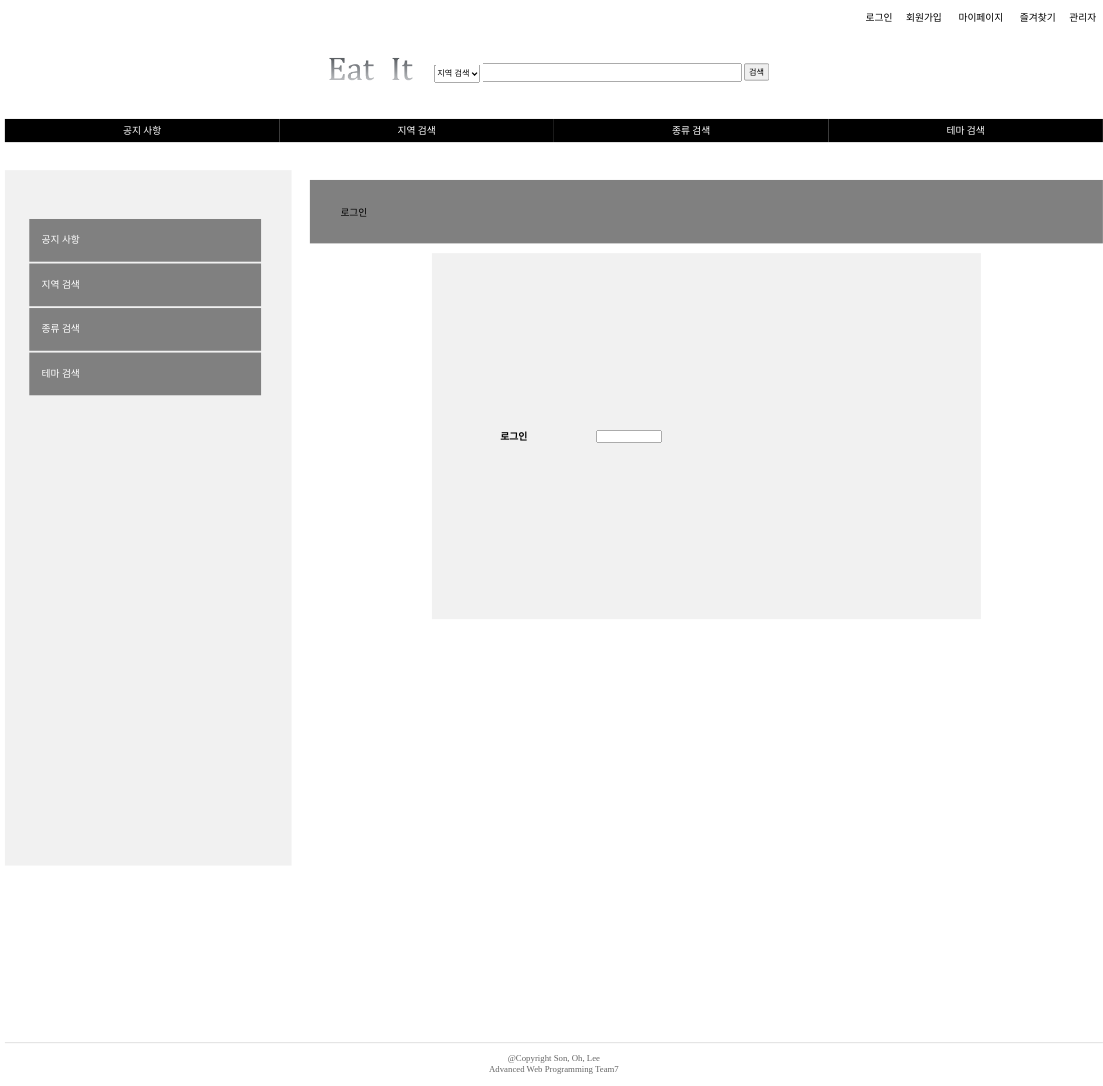
Repository: sonminho/aos
Page: http://localhost/EatIt/login.jsp
These files come from the project's save history. The page is drawn as it stood at one moment and after the next save; the edit follows.
The browser window is 1280 px wide. The page is 1808 px wide, so the pictures cover 1808 px, including what lies to the right of the window. The pictures show the whole page, at 61% of full size.
Some web libraries are served in a nearby version. The page is served by Tomcat 9. Other server files are loaded and not shown.

Above is the page before, as saved 2017-12-11 11:20:26.
Console error: TypeError: Cannot read properties of undefined (reading 'style')

### EatIt/EatIt/WebContent/login.jsp
<%@ page language="java" contentType="text/html; charset=EUC-KR"
    pageEncoding="EUC-KR"%>
<%@ page import="dao.PlaceDAO, dto.PlaceVO, java.util.*" %>
<!DOCTYPE html>
<html>
<head>
<meta charset="UTF-8">
<title>Eat it 맛과 즐거움</title>
<style>
	html, body{
		height:100%;
	}

	body > .main_div{
		height:auto;
		min-height:100%;
	}

	.main_div{
		width:1800px;
		height:100%;
		margin:0px auto;
	}

   .top_nav {
      width:400px;
      height:40px;
      float:right;
      text-align:center;
   }

   .main_search {
   	  clear:both;
   	  width:800px;
      margin:0px auto;
      margin-top:50px;
   }

   .main_search input{
      vertical-align:30px;
      height:24px;
   }

   .main_search select{
      vertical-align:28px;
      height:30px;
   }

   .search_img {
      width:200px;
   }

   #main_category{
      width:1800px;
      margin:0px auto;
      text-align:center;
   }

   #container {
      width:100%;
      min-height:1400px;
      margin-top:30px;
      padding-bottom:30px;
   }

   #side_bar{
   	  display:block;
   	  width:390px;
   	  padding:40px;
   	  padding-top:80px;
   	  height:1020px;
   	  font-family:"Open Sans", sans-serif
   	  font-size: 1em;
   	  background: #f1f1f1;
   	  margin:0px auto;
   	  float:left;
   }

   #side_bar nav {
   	  font-size:0.875;
   }

   #side_bar nav ul {
   	  margin:0;
   	  padding:0;
   	  width:380px;
   	  list-style:none;
   	  text-indent:10px;
   }

   .menu {
   	  margin-bottom:3px;
   }

   .menu .main{
   	  display:block;
   	  height:70px;
   	  line-height:70px;
   	  text-indent:20px;
   	  text-decoration:none;
   	  background:gray;
   	  color:#fff;
   	  cursor: pointer;
   }

   .menu .main.on {
      background:red;
   }

   .menu .sub {
   	  display:none;
   }

   .menu .sub li {
   	  height:80px;
   	  line-height:80px;
   	  background:#fff;
   	  border-top:1px solid #eaeaea;
   }

   .menu .sub li:first-child{
   	  border-top:none;
   }

   .menu .sub li a {
   	  display:block;
   	  width:100%;
   	  height:100%;
   	  text-decoration: none;
   	  text-indent:20px;
   	  color:#555;
   }

   .menu .sub li a:hover{
   	  background:#eaeaea;
   	  color:#333;
   }

   #content{
   	  display:block;
   	  width:1300px;
   	  float:right;
   }

   #content:after{
      clear:both;
   }

   .footer{
   	   width:1800px;
	   margin:0px auto;
	   height:70px;
	   padding:0;
	   text-align:center;
	   border-top:1px solid #cccccc;
	   font-size:0.9em;
	   color:#666;
	   *zom:1;
   }

   li{list-style:none;}

   a{color:#000; text-decoration:none;}

   #main_bar{
   		width:100%;
   		margin:0px auto;
   		padding-top:20px;
   }

   #main_bar:before, #main_after{
   		content:"";
   		display:block;
   }
   #main_bar:after{
   		clear:both;
   }

   #main_bar nav {
   		font-size: 1rem;
   }

   #main_bar nav > ul {
   		margin: 0;
   		padding: 0;
   		list-style: none;
   }

   #main_bar nav li {
   		position:relative;
   		float:left;
   		width:450px;
   		height:38px;
   }

   #main_bar ul{
   		margin: 0;
		padding: 0;
   }

   #main_bar nav li a {
   		display: block;
   		width:100%;
   		line-height:38px;
   		text-align:center;
   		text-decoration:none;
   		background:black;
   		color:#fff;
   }

   #main_bar nav li a:hover, nav li a.on{
   		background: gray;
   }

   #main_bar nav ul ul {
   		display: none;
   		position: absolute;
   		top:38px;
   }

   #main_bar nav ul ul li a {
		background: #fff;
		color: #555;
		border-top: 1px solid #eaeaea;
	}

	#main_bar nav ul ul li:first-child a {
		border-top: none;
	}

	#main_bar nav ul ul li a:hover, .nav ul ul li a.on {
		background: #eaeaea;
		color: #333;
	}

	#content ul{
		padding:40px 50px;
		background: gray;
	}

	#content table{
		width:900px;
		height:600px;
		margin:0px auto;
		background:#f1f1f1;
	}
	#detail{
		background:#f1f1f1;
	}
</style>
<script src="http://code.jquery.com/jquery-3.1.1.js"></script>
<script>
$(function() {
	var gnbA = $('#main_category>li>a');
	var ul = $('#main_category>li>ul');
	gnbA.on("mouseenter focus", function(){
		if(gnbA.target){
			$(gnbA.target).next().hide();
			$(this).next().show();
		} else {
			$(this).next().show();
		}

		gnbA.target = this;
	});
	gnbA.mouseleave(function() {
		$(this).next().hide();
	});
	ul.hover(function(){
		$(this).show();
	}, function(){
		$(this).hide();
	});
});
</script>
<script>
	var index = 0;

	window.onload = function() {
		slideShow();
	}

	function slideShow() {
		var i;
		var x = document.getElementsByClassName("img_ad");

		for(i = 0; i<x.length; i++) {
			x[i].style.display = "none";
		}

		index++;

		if(index > x.length) {
			index = 1;
		}

		x[index-1].style.display = "block";

		setTimeout(slideShow, 2000);
	}
</script>
<script>
	$(function(){
		$(".sub").hide();

		$(".main").on("click", function(){
			if($(this).hasClass("on") == false) {
				$(".main").removeClass("on");
				$(this).addClass("on");
				$(".sub").slideUp("fast");
				$(this).next().slideDown("fast");
			} else {
				$(this).removeClass("on");
				$(this).next().slideUp("fast");
			}
		});
	});
</script>

</head>
<body>
<div class="main_div">
<table class="top_nav">
   <tr>
      <td><a href="#">로그인</a></td>
      <td>회원가입</td>
      <td>마이페이지</td>
      <td>즐겨찾기</td>
      <td>관리자</td>
   </tr>
</table><br>
<form class="main_search">
   <a href="index.jsp"><img class="search_img" src="img/eat_it.jpg"></a>
   <select>
   		<option>지역 검색</option>
   		<option>종류 검색</option>
   		<option>테마 검색</option>
   </select>
   <input type="text" size="50">
   <input type="submit" value="검색" style="height:28px;">
</form>
<br>
<div id="main_bar">
	<nav>
	<ul id="main_category">
		<li class="m1"><a href="#">공지 사항</a>
		</li>
		<li class="m2"><a href="#">지역 검색</a>
			<ul>
				<li><a href="#">노원구</a></li>
				<li><a href="#">광진구</a></li>
				<li><a href="#">강북구</a></li>
				<li><a href="#">영등포구</a></li>
				<li><a href="#">강서구</a></li>
				<li><a href="#">강남구</a></li>
				<li><a href="#">마포구</a></li>
			</ul>
		</li>
		<li class="m3"><a href="#">종류 검색</a>
			<ul>
				<li><a href="#">한식</a></li>
				<li><a href="#">일식</a></li>
				<li><a href="#">중식</a></li>
			</ul>
		</li>
		<li class="m4"><a href="#">테마 검색</a>
			<ul>
				<li><a href="#">데이트</a></li>
				<li><a href="#">가족 모임</a></li>
				<li><a href="#">비지니스</a></li>
				<li><a href="#">상견례</a></li>
			</ul>
		</li>
	</ul>
	</nav>
</div>
<br><br>
<br>
<div id="container">
	<div id="side_bar">
		<nav>
			<ul>
				<li class="menu"><a class="main" href="#">공지 사항</a>
				</li>
				<li class="menu"><a class="main" href="#">지역 검색</a>
					<ul class="sub">
						<li><a href="#">노원구</a></li>
						<li><a href="#">광진구</a></li>
						<li><a href="#">강북구</a></li>
						<li><a href="#">영등포구</a></li>
						<li><a href="#">강서구</a></li>
						<li><a href="#">강남구</a></li>
						<li><a href="#">마포구</a></li>
					</ul>
				</li>
				<li class="menu"><a class="main" href="#">종류 검색</a>
					<ul class="sub">
						<li><a href="#">한식</a></li>
						<li><a href="#">일식</a></li>
						<li><a href="#">중식</a></li>
					</ul>
				</li>
				<li class="menu"><a class="main" href="#">테마 검색</a>
					<ul class="sub">
						<li><a href="#">데이트</a></li>
						<li><a href="#">가족 모임</a></li>
						<li><a href="#">비지니스</a></li>
						<li><a href="#">상견례</a></li>
					</ul>
				</li>
			</ul>
	</nav>
	</div> <!-- side bar -->
	<div id="content">
		<ul>
			<li>로그인</li>
		</ul>
		<div id="content_list">
			<table>
				<tr>
					<th>로그인</th><td><input type="text" style="width:100px; hiehgt:20px"></td>
				</tr>

			</table>
		</div>
	</div>
</div><!-- container -->
</div> <!-- main_div -->

<div class="footer">
<br>
@Copyright Son, Oh, Lee
<br>
Advanced Web Programming Team7
</div>
</body>
</html>

After the next save:
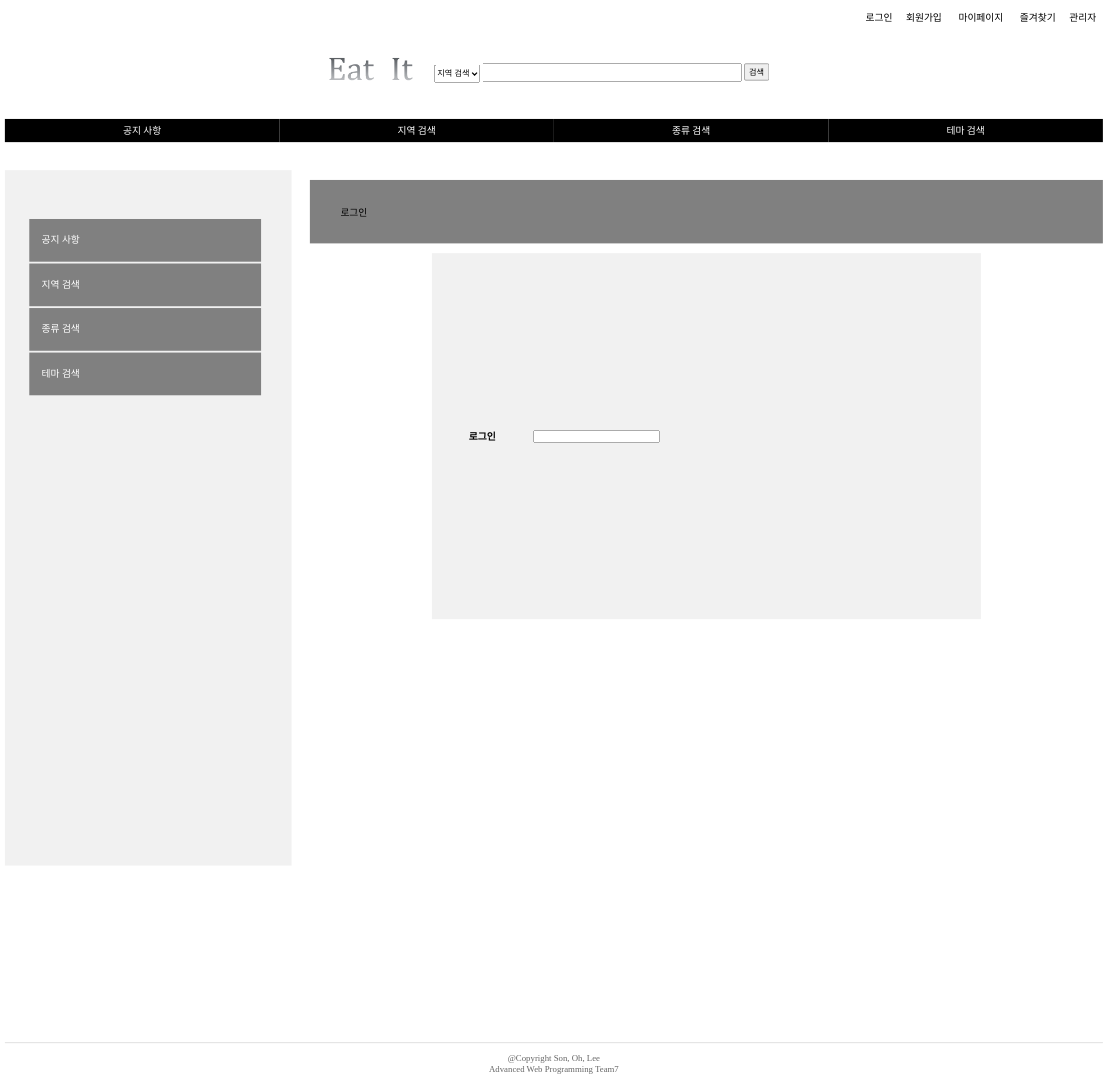
Saved 2 min 12 s later.
--- a/EatIt/EatIt/WebContent/login.jsp
+++ b/EatIt/EatIt/WebContent/login.jsp
@@ -418,7 +418,7 @@
 		<div id="content_list">
 			<table>
 				<tr>
-					<th>로그인</th><td><input type="text" style="width:100px; hiehgt:20px"></td>
+					<th>로그인</th><td><input type="text" style="width:200px; hiehgt:20px"></td>
 				</tr>
 
 			</table>
